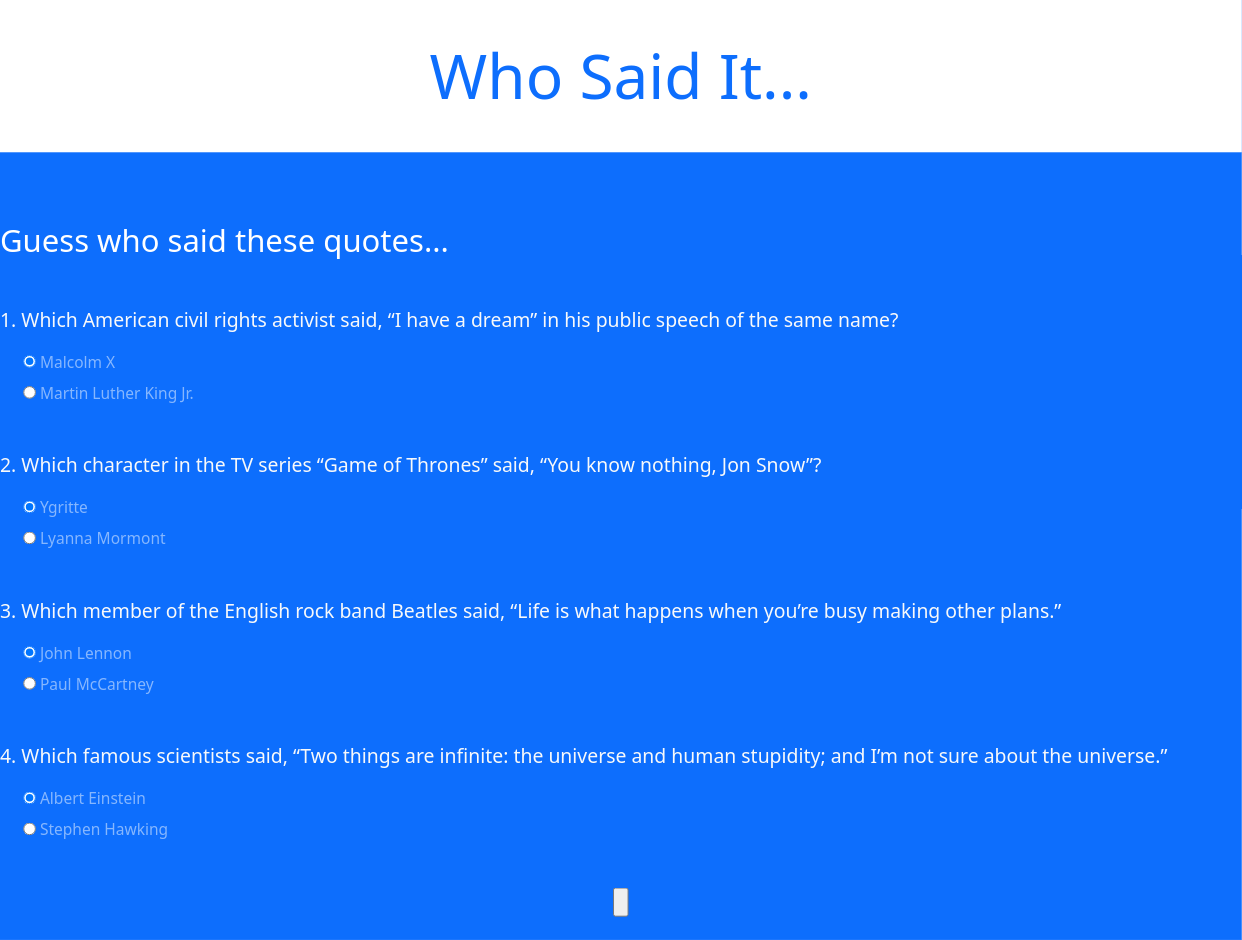
Repository: julihocc/Presentation-02-Forms-with-vanilla-JS
Page: index.html
The author's editor kept a copy of each file at every save. The page is drawn from the files as they stood at one save, then again after a run of saves.
The browser window is 1280 px wide. The pictures show the whole page, at 97% of full size.

Above is the page before, as saved 2022-09-27 14:15:02.

### index.html
<!-- step 0.1: create HTML5 template -->
<!DOCTYPE html>
<html lang="en">

<head>
    <meta charset="UTF-8">
    <meta http-equiv="X-UA-Compatible" content="IE=edge">
    <meta name="viewport" content="width=device-width, initial-scale=1.0">

    <!-- step 0.4: include bootstrap -->
    <!-- CSS only -->
    <link href="https://cdn.jsdelivr.net/npm/bootstrap@5.2.1/dist/css/bootstrap.min.css" rel="stylesheet"
        integrity="sha384-iYQeCzEYFbKjA/T2uDLTpkwGzCiq6soy8tYaI1GyVh/UjpbCx/TYkiZhlZB6+fzT" crossorigin="anonymous">

    <!-- step 0.2: change title -->
    <title>Who Said It...</title>
</head>

<body>

    <!-- step 1.1 top section -->
    <div class="intro py-3 bg-white text-center">
        <div class="container">
            <h2 class="text-primary display-3 my-4">
                Who Said It...
            </h2>
        </div>
    </div>

    <!-- step 1.4: quiz section -->
    <div class="quiz py-4 bg-primary">
        <div class="containter">
            <h2 class="my-5 text-white">
                Guess who said these quotes...
            </h2>
            <!-- step 1.5: create form -->
            <form class="quiz-form text-light">
                <!-- step 1.6: create containers for each question -->
                <!-- step 1.7.1 question #1-->
                <div class="my-5">
                    <p class="lead font-weight-normal">
                        1. Which American civil rights activist said, “I have a dream” in his public speech of the same
                        name?
                    </p>
                    <!-- step 1.7.2 first option to question 1 -->
                    <div class="form-check my-2 text-white-50">
                        <input type="radio" name="q1" value="A" checked>
                        <label class="form-check-label">
                            Malcolm X
                        </label>
                    </div>
                    <!-- step 1.7.3 second option to quesition 2 -->
                    <div class="form-check my-2 text-white-50">
                        <input type="radio" name="q1" value="B">
                        <label class="form-check-label">
                            Martin Luther King Jr.
                        </label>
                    </div>
                    <!-- step 1.8.1 question #2-->
                    <div class="my-5">
                        <p class="lead font-weight-normal"> 2. Which character in the TV series “Game of Thrones” said, “You know nothing, Jon Snow”?
                        </p>
                        <!-- step 1.8.2 first option to question 2 -->
                        <div class="form-check my-2 text-white-50">
                            <input type="radio" name="q2" value="A" checked>
                            <label class="form-check-label">
                                Ygritte
                            </label>
                        </div>
                        <!-- step 1.8.3 second option to quesition 2 -->
                        <div class="form-check my-2 text-white-50">
                            <input type="radio" name="q2" value="B">
                            <label class="form-check-label">
                                Lyanna Mormont
                            </label>
                        </div>
                    </div>
                    <!-- step 1.9.1 question #3-->
                    <div class="my-5">
                        <p class="lead font-weight-normal"> 3. Which member of the English rock band Beatles said, “Life is what happens when you’re busy making other plans.”
                        </p>
                        <!-- step 1.9.2 first option to question 3 -->
                        <div class="form-check my-2 text-white-50">
                            <input type="radio" name="q3" value="A" checked>
                            <label class="form-check-label">
                                John Lennon
                            </label>
                        </div>
                        <!-- step 1.9.3 second option to quesition 3 -->
                        <div class="form-check my-2 text-white-50">
                            <input type="radio" name="q3" value="B">
                            <label class="form-check-label">
                                Paul McCartney
                            </label>
                        </div>
                    </div>
                    <!-- step 1.10.1 question #4-->
                    <div class="my-5">
                        <p class="lead font-weight-normal"> 4. Which famous scientists said, “Two things are infinite: the universe and human stupidity; and I’m not sure about the universe.”
                        </p>
                        <!-- step 1.10.2 first option to question 4 -->
                        <div class="form-check my-2 text-white-50">
                            <input type="radio" name="q4" value="A" checked>
                            <label class="form-check-label">
                                Albert Einstein
                            </label>
                        </div>
                        <!-- step 1.9.3 second option to quesition 3 -->
                        <div class="form-check my-2 text-white-50">
                            <input type="radio" name="q4" value="B">
                            <label class="form-check-label">
                                Stephen Hawking
                            </label>
                        </div>
                    </div>
                </div>
                <!-- step 1.11 create submit <button></button> -->
                <div class="text-center">
                    <input type="submit" value="">
                </div>
            </form>
        </div>
    </div>

    <!-- step 0.3: link js -->
    <script src="app.js"></script>
</body>

</html>

Loaded but not shown: app.js (no copy from this time; the picture is the same without it)

After the next 5 saves:
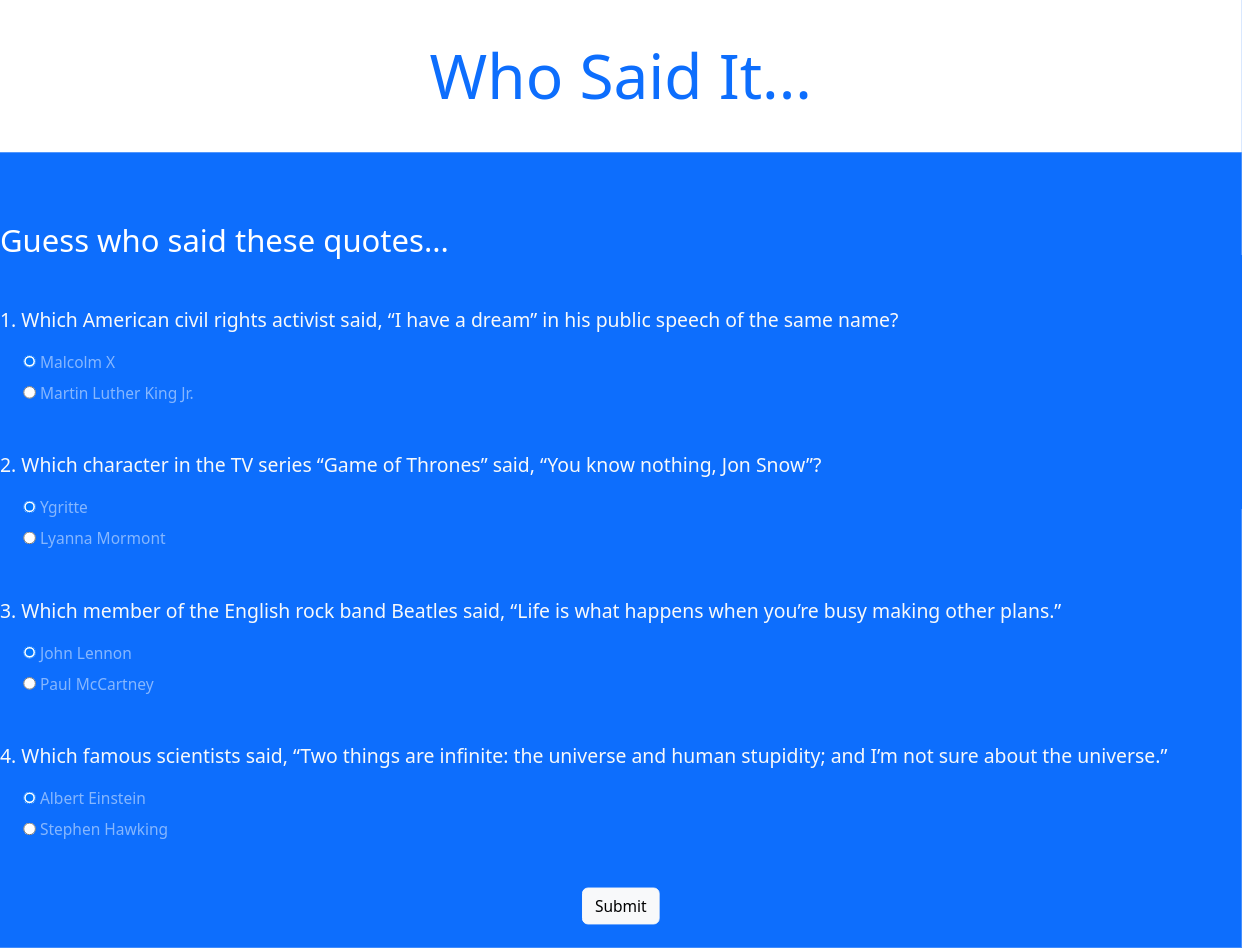
The 5 saves are shown as one change because they came seconds apart.
The last was saved 15 s later.
--- a/index.html
+++ b/index.html
@@ -116,7 +116,7 @@
                 </div>
                 <!-- step 1.11 create submit <button></button> -->
                 <div class="text-center">
-                    <input type="submit" value="">
+                    <input type="submit" class="btn btn-light">
                 </div>
             </form>
         </div>
